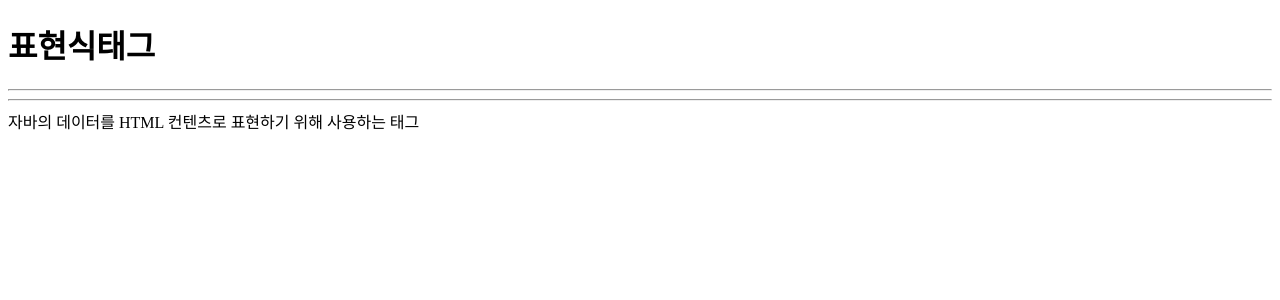
Repository: JWbase/Web_JAVA
Page: http://localhost/04_jspProject/jsp/expressionTag.jsp
These files come from the project's save history. The page is drawn as it stood at one moment and after a run of saves; the edit follows.
The browser window is 1280 px wide. The pictures show the whole page.
The page is served by Tomcat 9.

Above is the page before, as saved 2022-08-30 06:37:13.

### web-workspace/04_jspProject/src/main/webapp/jsp/expressionTag.jsp
<%@ page language="java" contentType="text/html; charset=UTF-8"
    pageEncoding="UTF-8"%>
<!DOCTYPE html>
<html>
<head>
<meta charset="UTF-8">
<title>Insert title here</title>
</head>
<body>
	<h1>표현식태그</h1>
	<hr>
	<hr>자바의 데이터를 HTML 컨텐츠로 표현하기 위해 사용하는 태그
</body>
</html>

After the next 2 saves:
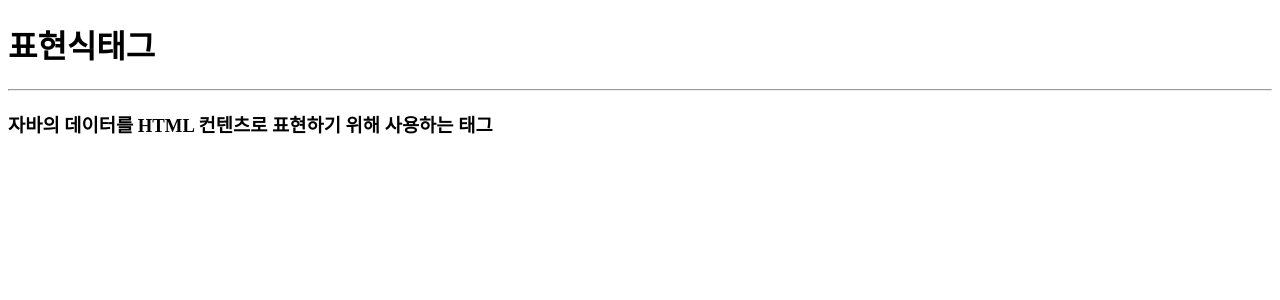
The 2 saves are shown as one change because they came seconds apart.
The last was saved 9 s later.
--- a/web-workspace/04_jspProject/src/main/webapp/jsp/expressionTag.jsp
+++ b/web-workspace/04_jspProject/src/main/webapp/jsp/expressionTag.jsp
@@ -1,5 +1,5 @@
 <%@ page language="java" contentType="text/html; charset=UTF-8"
-    pageEncoding="UTF-8"%>
+	pageEncoding="UTF-8"%>
 <!DOCTYPE html>
 <html>
 <head>
@@ -9,6 +9,6 @@
 <body>
 	<h1>표현식태그</h1>
 	<hr>
-	<hr>자바의 데이터를 HTML 컨텐츠로 표현하기 위해 사용하는 태그
+	<h3>자바의 데이터를 HTML 컨텐츠로 표현하기 위해 사용하는 태그</h3>
 </body>
 </html>
